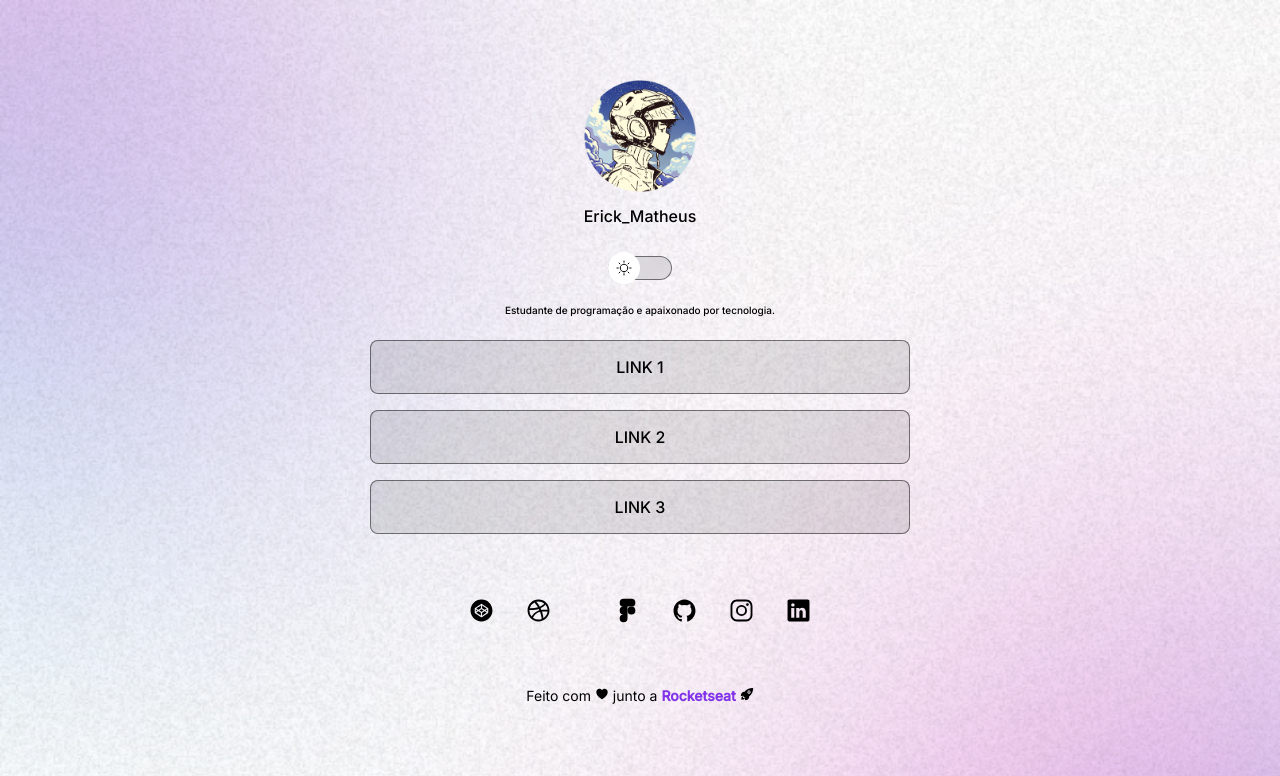
Repository: e-rickmatheus/project_dev_links
Page: index.html
These files come from the project's save history. The page is drawn as it stood at one moment and after a run of saves; the edit follows.
The browser window is 1280 px wide. The pictures show the whole page.

Above is the page before, as saved 2025-04-14 16:12:34.

### index.html
<!DOCTYPE html>
<html lang="pt-BR" class="light-theme">
<head>

<link rel="preconnect" href="https://fonts.googleapis.com">
<link rel="preconnect" href="https://fonts.gstatic.com" crossorigin>
<link href="https://fonts.googleapis.com/css2?family=Inter:wght@400;500&display=swap" rel="stylesheet">
  <meta charset="UTF-8">
  <meta name="viewport" content="width=device-width, initial-scale=1.0">
  <title>DEV_ Links</title>
  <link rel="stylesheet" href="./style.css">
  <a></a>
</head>
<body>

  <div id="container">
    <div id="profile">
      <img id="avatar" src="./assets/avatar-pilot-day.png" alt="avatar-light">
      <p>Erick_Matheus</p>
    </div>
    <div id="switch" onclick= "toggleTheme()">
      <button></button>
      <span></span>
    </div>
     <br>
    <div id="description">

      Estudante de programação e apaixonado por tecnologia.

    </div>
  <ul>
    <li>
      <a href="#" target="_blank">LINK 1</a>
    </li>
    <li>
        <a href="#" target="_blank">LINK 2 </a>
    </li>
    <li>
        <a href="#" target="_blank">LINK 3</a>
    </li>
  </ul>
  <div id="social-links">
    <!-- <ion-icon name="logo-behance"></ion-icon> -->
    <a href="https://codepen.io/erick_matheus" target="_blank">
      <ion-icon name="logo-codepen"></ion-icon>
    </a>

    <a href="https://dribbble.com/erick_matheus" target="_blank">
      <ion-icon name="logo-dribbble"></ion-icon>
    </a>

        <a href="https://duolingo.com/profile/fuckyeahrick" target="_blank">
    <a href="https://figma.com/@erick_matheus" target="_blank">
      <ion-icon name="logo-figma"></ion-icon>
    </a>
    <a href="https://github.com/e-rickmatheus" target="_blank">
      <ion-icon name="logo-github"></ion-icon>
    </a>

    <a href="https://instagram.com/fuckyeahrick" target="_blank">
      <ion-icon name="logo-instagram"></ion-icon>
    </a>

    <a href="https://linkedin.com/in/e-rickmatheus/" target="_blank">
      <ion-icon name="logo-linkedin"></ion-icon>
    </a>


    <!-- <ion-icon name="logo-medium"></ion-icon> -->
    <!-- <ion-icon name="logo-whatsapp"></ion-icon> -->
  </div>

  <footer>
    Feito com <ion-icon name="heart"></ion-icon>
    junto a <a id="rocketseat" href="https://rocketseat.com.br/" target="_blank">Rocketseat</a>   <ion-icon name="rocket"></ion-icon>
  </footer>
  </div>

<script type="module" src="https://cdn.jsdelivr.net/npm/ionicons@7.1.0/dist/ionicons/ionicons.esm.js"></script>
<script nomodule src="https://cdn.jsdelivr.net/npm/ionicons@7.1.0/dist/ionicons/ionicons.js"></script>
<script src="./script.js"></script>
</body>

</html>

### style.css
* {  /* *: todos os elementos */
  margin: 0;
  padding: 0;
  box-sizing: border-box; /* border-box: altura e largura do elemento é o mesmo que o tamanho definido */

}


:root {
  --text-color: white; /* cor do texto */
  --bg-url: url(./assets/bg-mobile.jpg); /* url da imagem de fundo */
  --stroke-color: rgba(255, 255, 255, 0.5); /* cor do contorno */
  --surface-color: rgba(255, 255, 255, 0.1); /* cor da superfície */
  --surface-color-hover: rgba(255, 255, 255, 0.2); /* cor da superfície ao passar o mouse */
  --social-links-color-hover: rgba(255, 255, 255, 0.2); /* cor do link ao passar o mouse */
  --switch-thema-url: url(./assets/moon-stars.svg);
}

.light-theme { /* tema claro */
  --text-color: black; /* cor do texto */
  --bg-url: url(./assets/bg-mobile-light.jpg); /* url da imagem de fundo */
  --stroke-color: rgba(0, 0, 0, 0.5); /* cor do contorno */
  --surface-color: rgba(0, 0, 0, 0.1); /* cor da superfície */
  --surface-color-hover: rgba(0, 0, 0, 0.2); /* cor da superfície ao passar o mouse */
  --social-links-color-hover: rgba(0, 0, 0, 0.2); /* cor do link ao passar o mouse */
  --switch-thema-url: url(./assets/sun.svg);
}

html, body {
  height: 100%; /* altura do html e body */
  width: 100%; /* largura do html e body */
}

body { /* body: corpo do documento */
  /*
  background-image: url(./assets/bg-mobile.jpg);
  background-repeat: no-repeat;
  background-position: top center;
  background-size: cover;
  */

  /* BACKGROUND GRADIENT
   background-image:  linear-gradient(
        45deg,
        hsl(201deg 37% 81%) 0%,
        hsl(202deg 39% 77%) 8%,
        hsl(204deg 40% 72%) 17%,
        hsl(206deg 41% 68%) 25%,
        hsl(207deg 42% 64%) 33%,
        hsl(209deg 42% 60%) 41%,
        hsl(210deg 42% 56%) 50%,
        hsl(212deg 41% 53%) 58%,
        hsl(214deg 41% 49%) 66%,
        hsl(217deg 45% 46%) 75%,
        hsl(219deg 48% 43%) 83%,
        hsl(223deg 50% 40%) 92%,
        hsl(228deg 51% 38%) 100%
    );
    */
    /* background-repeat: no-repeat; /* repetição da imagem */
    /* background-position: top center; /* posição da imagem */
    /* background-size: 100% 100%; /* tamanho da imagem */
  background: var(--bg-url) no-repeat top center/cover;
  height: 100vh; /* altura do body */
  /* background: cor imagem repetição posição/tamanho */
}

body * { /* todos os elementos dentro do body */
  font-family: 'Inter', sans-serif;
  color: var(--text-color); /* cor do texto */


}

#container {
  width:  100%; /* largura do container */
  max-width: 588px; /* largura máxima do container */
  margin: 56px auto 0px;
  padding: 0 24px;
}

/*PROFILE*/
#profile {
  text-align: center;
  padding: 24px;
}

#profile img {
  width: 112px;
}

#profile p {
  font-weight: 500;
  line-height: 24px;
  margin-top: 8px;
}

/*SWITCH*/
/* teste
<i class="bi bi-sun-fill"></i>
<i class="bi bi-moon-stars-fill"></i> */
#switch{
  position: relative;
  width: 64px;
  height: 24px;
  margin: 4px auto;

}

#switch button {
  width: 32px;
  height: 32px;
  background: white  var(--switch-thema-url) no-repeat center;
  border: 0;
  border-radius: 50%;

  position: absolute;
  top: 50%;
  left: 0;
  z-index: 1;
  transform: translateY(-50%);
}

.light-theme #switch button {
  animation: slide-in 0.2s forwards; /* forwards: mantém o estado final da animação */
}

.dark-theme #switch button {
  animation: slide-back 0.2s forwards; /* forwards: mantém o estado final da animação */
}

#switch button:hover { /* quando o mouse estiver em cima do botão */
  outline: 8px sloid var(--highlight-color); /* contorno do botão */
}

#switch span {
  display: block;
  width: 64px;
  height: 24px;
  background: var(--surface-color);
  border: 1px solid var(--stroke-color);
  backdrop-filter: blur(4px);
  -webkit-backdrop-filter: blur(4px);
  border-radius: 9999px;
}

#description {
  text-align: center;
  font-size: 10px;
  font-weight: 500;


}

/*links*/
ul { /* ul: lista não ordenada */
  list-style: none;
  display: flex;
  flex-direction: column;
  gap: 16px;
  padding: 24px 0;
}

ul li a { /* a: link */
  display: flex;
  justify-content: center;
  align-items: center;
  padding: 16px 24px;
  background: var(--surface-color);
  border: 1px solid var(--stroke-color);
  border-radius: 8px;
  backdrop-filter: blur (4px);
  -webkit-backdrop-filter: blur (4px);

  text-decoration: none;
  font-weight: 500;

  transition: background 0.2s;
}

ul li a:hover { /* quando o mouse estiver em cima do link */
  background: var(--surface-color-hover);
  border: 1.5px solid var(--text-color);
}


/*SOcial Links*/
#social-links {
  display: flex;
  justify-content: center;
  padding: 24px 0;
  font-size: 25px
}

#social-links a { /* a: link */
  display: flex;
  justify-content: center;
  align-items: center;
  padding: 16px;
  transition: background 0.2s;
  border-radius: 50%;
}

#social-links a:hover { /* quando o mouse estiver em cima do link */
  background: var(--social-links-color-hover);

}

footer {
  text-align: center;
  padding: 24px 0;
  font-size: 14px;
}

#rocketseat {
  color: rgb(130 52 233);
  text-decoration: none;
  font-weight: bold;
  transition: color 0.5s;
}

#rocketseat:hover { /* quando o mouse estiver em cima do link */
  color: white;
  text-decoration: underline;
  background:  rgb(130 52 233);
  transition: color 0.5s;
  margin: 1px 1px;
  padding: 4px 4px;
  border-radius: 4px;

}


/*media queries*/
@media (min-widht: 700px) {
  :root: {
    --bg-url: url(./assets/bg-desktop.jpg); /* url da imagem de fundo */
  }
  .light-theme {
  --bg-url: url(./assets/bg-desktop-light.jpg); /* url da imagem de fundo */

  }
}

/* ANIMATION */
@keyframes side-in{
  from{
    left:0;
  }
  to {
    left:50%
  }
}

@keyframes slide-back{
  from {
    left:50%
  }
  to {
    left:0;
  }
}

### script.js
function toggleTheme() {
  const html = document.documentElement

  if (html.classList.contains("light-theme")) {
    html.classList.remove("light-theme")
    html.classList.add("dark-theme")
  } else {
    html.classList.remove("dark-theme")
    html.classList.add("light-theme")
  }

 const img = document.querySelector("#profile img")
 if (html.classList.contains("light-theme")) {
   img.setAttribute("src", "./assets/avatar-pilot-day.png")
 } else {
   img.setAttribute("src", "./assets/avatar-pilot-night.png")
 }
}

After the next 2 saves:
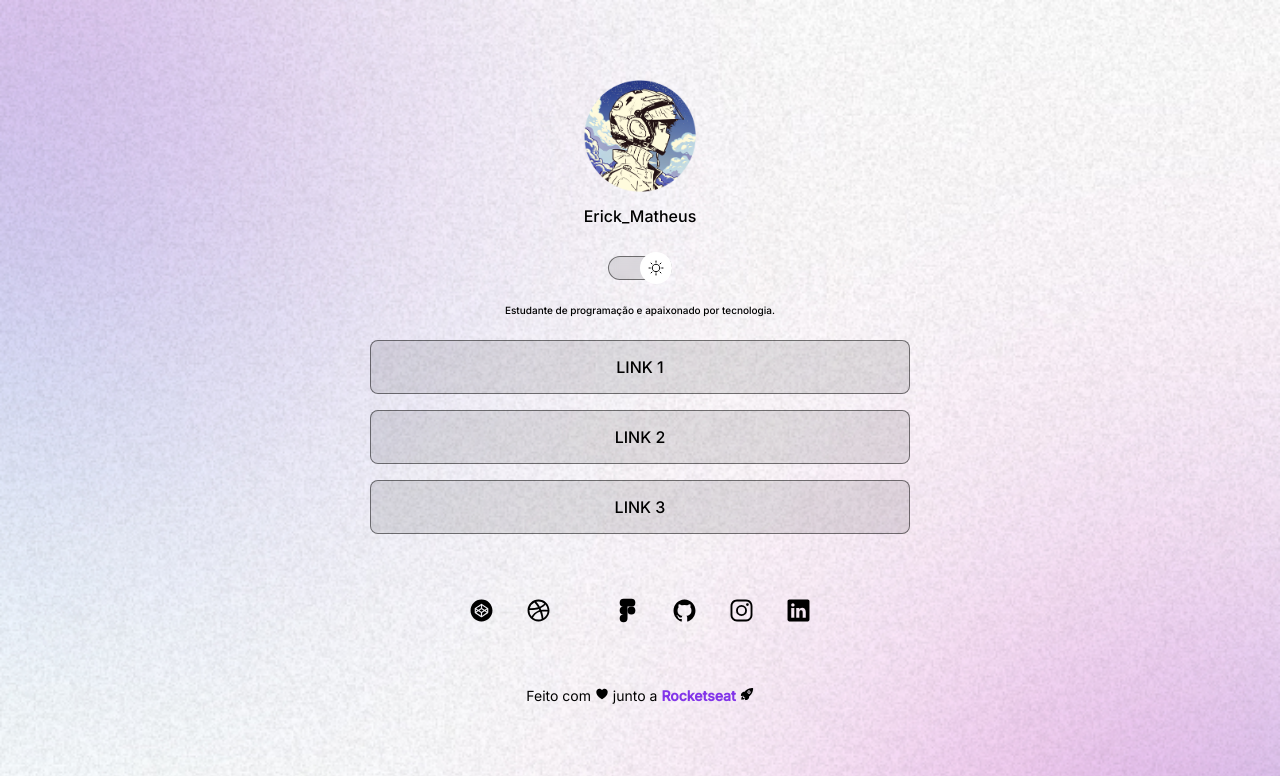
The 2 saves are shown as one change because they came seconds apart.
The last was saved 18 s later.
--- a/style.css
+++ b/style.css
@@ -243,7 +243,7 @@ footer {
 }
 
 /* ANIMATION */
-@keyframes side-in{
+@keyframes slide-in{
   from{
     left:0;
   }
